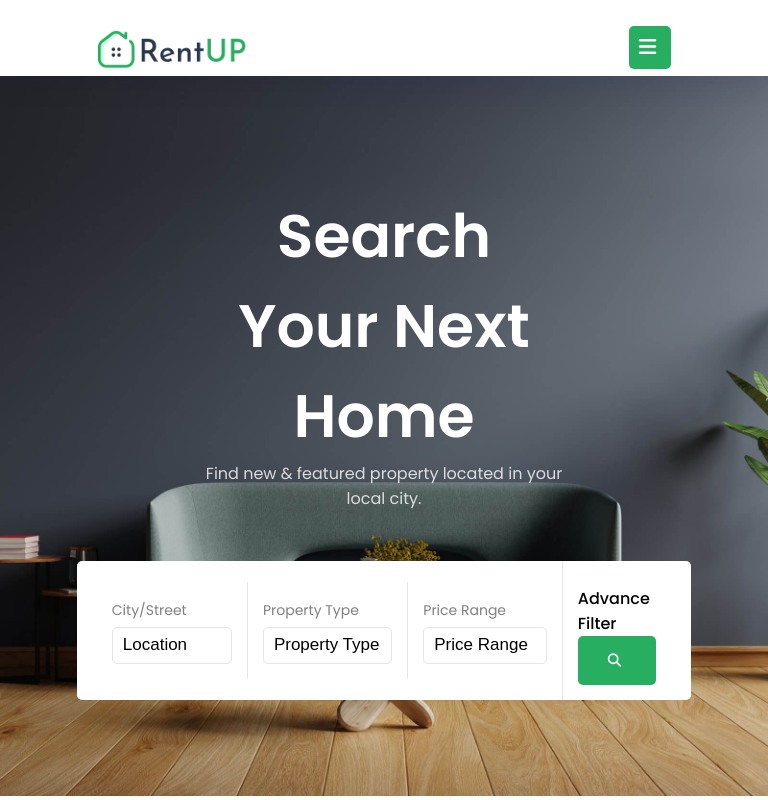
Repository: SahanChathura0730/EstateApp
Page: /
The author's editor kept a copy of each file at every save. The page is drawn from the files as they stood at one save, then again after the next save.
The browser window is 768 px wide. The pictures show the whole page.
The project was rebuilt for these pictures with package versions that can differ from the ones it lists, and the page was loaded fresh each time. Also part of the build but not shown: vite.config.js, src/component/data/Data.jsx, src/index.css.

Above is the page before, as saved 2024-08-26 11:40:43.

### index.html
<!doctype html>
<html lang="en">
  <head>
    <meta charset="UTF-8" />
    <link rel="icon" type="image/svg+xml" href="/vite.svg" />
    <meta name="viewport" content="width=device-width, initial-scale=1.0" />
    <link href="https://fonts.googleapis.com/css2?family=Poppins:wght@200;300;400;500;600;700;800;900&display=swap" rel="stylesheet">
    <link
    rel="stylesheet"
    href="https://cdnjs.cloudflare.com/ajax/libs/font-awesome/6.0.0-beta3/css/all.min.css"
    integrity="sha512-M6G8XtT3Zh0U9LMkzPpIcF5wkl6F+nvP88kX+y6fV9q0+tuJ+Y7xyzydVZwD8Pt0mPbR2qgMyGUnZnyY3pIh7g=="
    crossorigin="anonymous"
    referrerpolicy="no-referrer"
  />
    <title>Vite + React</title>
  </head>
  <body>
    <div id="root"></div>
    <script type="module" src="/src/main.jsx"></script>
  </body>
</html>

### src/App.jsx
import React from 'react';
import './App.css';
import Pages from './component/pages/Pages';
import '@fortawesome/fontawesome-free/css/all.min.css';


function App() {
  return (
    <>
      <Pages />
    </>
  );
}

export default App;

### src/App.css
@import url("https://fonts.googleapis.com/css2?family=Poppins:wght@200;300;400;500;600;700;800;900&display=swap");

* {
  padding: 0;
  margin: 0;
  box-sizing: border-box;
}

body {
  font-family: "Poppins", sans-serif;
  background-color: #fff;
}
.container {
  max-width: 80%;
  margin: auto;
}
.flex {
  display: flex;
  justify-content: space-between;
  align-items: center;
}
a {
  text-decoration: none;
  color: #000;
  text-transform: capitalize;
}
ul {
  list-style-type: none;
}
button {
  border-radius: 5px;
  padding: 17px 30px;
  background: #27ae60;
  border: none;
  color: #fff;
  cursor: pointer;
  font-weight: bold;
}
button i {
  margin-right: 5px;
}
.heading {
  text-align: center;
  width: 60%;
  margin: auto;
}
.heading h1 {
  color: #2d3954;
  font-weight: 600;
  text-transform: capitalize;
  font-size: 35px;
}
.heading p {
  color: #72809d;
}
textarea,
input {
  border: none;
  outline: none;
  background: none;
}
.background {
  padding: 80px 0;
  position: relative;
  background: #f7f9fc;
}

.grid5 {
  display: grid;
  grid-template-columns: repeat(5, 1fr);
  grid-gap: 30px;
}
label {
  color: #2d3954;
  font-size: 14px;
}

.mtop {
  margin-top: 50px;
}
h4 {
  font-weight: 500;
  margin-top: 10px;
}
.shadow {
  box-shadow: 0 0 20px 0 rgb(112 121 138 / 18%);
}
.padding {
  padding: 80px 0;
}
.grid3 {
  display: grid;
  grid-template-columns: repeat(3, 1fr);
  grid-gap: 30px;
}
img {
  width: 100%;
  height: 100%;
  cursor: pointer;
}

.btn2 {
  border-radius: 50px;
  font-size: 20px;
}
.grid4 {
  display: grid;
  grid-template-columns: repeat(4, 1fr);
  grid-gap: 30px;
}
.btn3 {
  background: #ff6922;
  border-radius: 50px;
}
.btn4 {
  background-color: #000;
  color: #fff;
}
.btn5 {
  border-radius: 50px;
  padding: 20px 40px;
  color: #27ae60;
  font-size: 20px;
  font-weight: 400;
  border: 5px solid #27ae601f;
  background: #fff;
}

### src/component/pages/Pages.jsx
import React from "react"
import Header from "../common/Header/Header.jsx";
import { BrowserRouter as Router, Route, Routes } from "react-router-dom"
import '@fortawesome/fontawesome-free/css/all.min.css';
import Home from "../home/Home";


const Pages = () => {
  return (
    <>
      <Router>
        <Header />
        <Routes>
          <Route path='/' element={<Home />} />
        </Routes>

      </Router>
    </>
  )
}

export default Pages

### src/Component/Common/Header/Header.jsx
import React, { useState } from "react"
import "./header.css"
import { nav } from "../../data/Data"
import { Link } from "react-router-dom"
import  '@fortawesome/fontawesome-free/css/all.min.css';


const Header = () => {
  const [navList, setNavList] = useState(false)

  return (
    <>
      <header>
        <div className='container flex'>
          <div className='logo'>
            <img src='./images/logo.png' alt='' />
          </div>
          <div className='nav'>
            <ul className={navList ? "small" : "flex"}>
              {nav.map((list, index) => (
                <li key={index}>
                  <Link to={list.path}>{list.text}</Link>
                </li>
              ))}
            </ul>
          </div>
          <div className='button flex'>
            <h4>
              <span>2</span> My List
            </h4>
            <button className='btn1'>
              <i className='fa fa-sign-out'></i> Sign In
            </button>
          </div>

          <div className='toggle'>
          <button onClick={() => setNavList(!navList)}>
            {navList ? (
                  <i className='fa-solid fa-xmark'></i> // For close icon
               ) : (
                  <i className='fa-solid fa-bars'></i> // For menu icon
               )}
            </button>
          </div>
        </div>
      </header>
    </>
  )
}

export default Header

### src/component/home/Home.jsx
import React from 'react'
import Hero from './hero/Hero'

const Home = () => {
  return (
    <div>
      <Hero/>
    </div>
  )
}

export default Home

### src/component/common/header/Header.css
header {
   background-color: #fff;
   height: auto; /* Adjusted to fit content */
   box-shadow: 0 5px 30px rgb(0 22 84 / 10%);
   padding: 15px 0;
   position: sticky;
   top: 0;
   z-index: 99999;
   display: flex; /* Use flexbox layout */
   flex-direction: row; /* Align items horizontally */
   align-items: center; /* Center items vertically */
 }

 header .container {
   display: flex;
   justify-content: space-between; /* Push items to the left and right sides */
   align-items: center; /* Center items vertically */
   width: 100%;
   padding: 0 20px; /* Optional: Add padding to container */
 }

 header .logo {
   flex: 1; /* Allow the logo to take available space */
 }

 header .logo img {
   width: 150px; /* Adjusted for better fit */
   margin-bottom: 0; /* Remove space below the logo */
 }

 header .nav {
   margin: 0; /* Remove default margin */
 }

 header .nav ul {
   display: flex;
   flex-direction: row; /* Stack nav items horizontally */
   list-style: none; /* Remove default list styling */
   padding: 0; /* Remove default padding */
 }

 header .nav ul li {
   margin: 0 10px; /* Adjust spacing as needed */
 }

 header .nav ul li a {
   text-decoration: none; /* Remove default underline */
   color: #333; /* Default text color */
   font-size: 16px; /* Adjust font size */
   transition: color 0.3s ease; /* Smooth color transition */
 }

 header .nav ul li a:hover {
   color: #27ae60; /* Color on hover */
 }

 header .button {
   display: flex;
   align-items: center; /* Center align text */
   margin: 0 20px; /* Add space around button */
 }

 header .button h4 {
   margin: 10px;
   font-size: 18px; /* Adjust font size */
   font-weight: 600; /* Adjust font weight */
 }

 header .button span {
   background: #27ae60;
   border-radius: 50px;
   color: #fff;
   padding: 0 6px;
   font-weight: 400;
 }

 header .button .btn1 {
   background: #27ae60;
   color: #fff;
   border: none;
   padding: 10px 20px;
   border-radius: 5px;
   cursor: pointer;
   font-size: 16px;
   transition: background-color 0.3s ease;
 }

 header .button .btn1:hover {
   background-color: #219150; /* Darker color on hover */
 }

 header .toggle {
   display: none; /* Initially hidden */
 }

 header .toggle button {
   background: #27ae60;
   color: #fff;
   border: none;
   padding: 10px;
   border-radius: 5px;
   cursor: pointer;
   font-size: 20px;
 }

 header .toggle button i {
   margin-right: 5px; /* Space between icon and text */
 }

 @media screen and (max-width: 768px) {
   header {
     padding: 0;
   }
   header img {
     margin-top: 30px;
   }
   header .button {
     display: none;
   }
   header .nav .flex {
     display: none;
   }
   header .toggle {
     display: block;
     margin-top: 20px;
   }
   header .small {
     position: absolute;
     top: 10vh;
     left: 0;
     width: 100%;
     background-color: #27ae60;
     padding: 20px;
   }
   header li a {
     display: inline-block;
     margin-bottom: 20px;
     color: #fff;
   }
 }

### src/component/home/hero/Hero.jsx
import React from 'react'
import './Hero.css'
import  '@fortawesome/fontawesome-free/css/all.min.css';
import Heading from '../../common/Heading';


const Hero = () => {
  return (
    <div>
      <section className="hero">
        <div className="container">
        <Heading title='Search Your Next Home ' subtitle='Find new & featured property located in your local city.' />
          <form action="" className="flex">
            <div className="box">
              <span>
                City/Street
              </span>
              <input type='text' placeholder='Location'/>
            </div>
            <div className="box">
              <span>
                Property Type
              </span>
              <input type='text' placeholder='Property Type'/>
            </div>
            <div className="box">
              <span>
                Price Range
              </span>
              <input type='text' placeholder='Price Range'/>
            </div>
            <div className="box">
              <h4>
                Advance Filter
              </h4>
              <button className='btn'>
                <i className='fa fa-search'></i>
              </button>
            </div>
          </form>
        </div>
      </section>
    </div>
  )
}

export default Hero

### src/component/home/hero/Hero.css
.hero {
   background-image: url("../../../../public/images/banner.png");
   background-repeat: no-repeat;
   background-position: center;
   background-size: cover;
   height: 90vh;
   width: 100%;
 }
 .hero .container {
   padding-top: 15%;
 }
 .hero h1 {
   color: #fff;
   font-size: 60px;
 }
 .hero p {
   color: #fff;
   opacity: 0.8;
 }
 form {
   background-color: #fff;
   border-radius: 5px;
   margin-top: 50px;
   padding: 0 20px;
 }
 form input {
   padding: 10px;
   width: 100%;
   border: 1px solid rgba(128, 128, 128, 0.2);
   margin-top: 5px;
   border-radius: 5px;
 }
 form span {
   font-size: 14px;
   color: grey;
 }
 input::placeholder {
   font-size: 17px;
   color: black;
 }
 form .box {
   padding: 15px;
   border-left: 1px solid rgba(128, 128, 128, 0.2);
 }
 form .box:nth-child(1) {
   border-left: none;
 }
 form h4 {
   font-weight: 500;
 }

Loaded but not shown: src/main.jsx (common file); src/component/common/Heading.jsx (common file)

After the next save:
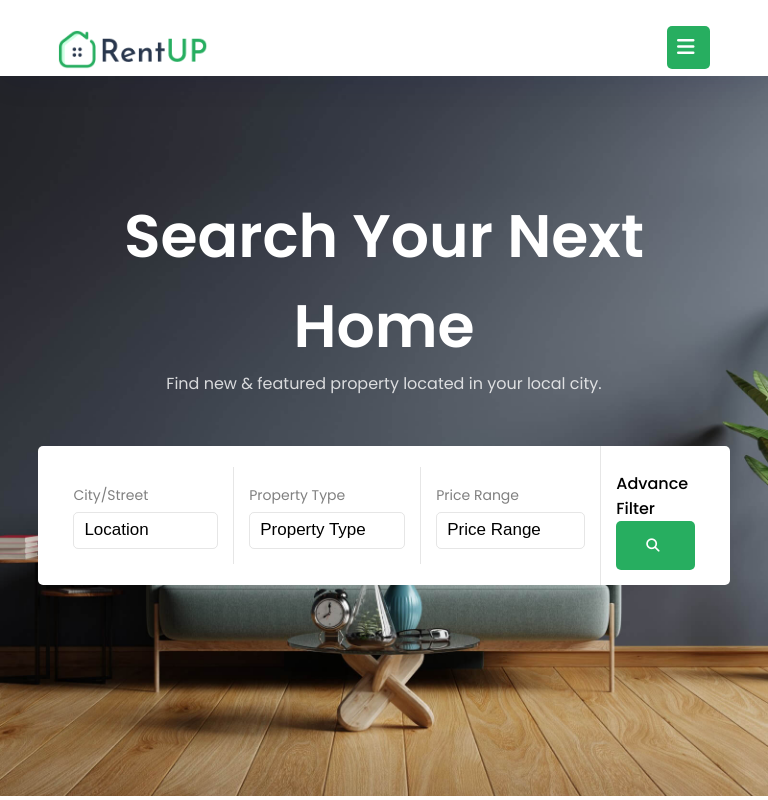
Saved 3 min 54 s later.
--- a/src/App.css
+++ b/src/App.css
@@ -125,3 +125,54 @@
   border: 5px solid #27ae601f;
   background: #fff;
 }
+.back {
+  height: 40vh;
+  position: relative;
+}
+.back img {
+  height: 40vh;
+  position: absolute;
+  top: 0;
+  left: 0;
+  z-index: -1;
+  object-fit: cover;
+}
+.back::after {
+  content: "";
+  position: absolute;
+  top: 0;
+  left: 0;
+  width: 100%;
+  height: 40vh;
+  background: rgba(17, 40, 72, 0.629);
+  z-index: -1;
+}
+.back .container {
+  color: #fff;
+  padding: 120px 0;
+}
+.back h1 {
+  font-size: 40px;
+  font-weight: 500;
+}
+.mb {
+  margin-bottom: 80px;
+}
+@media screen and (max-width: 800px) {
+  .grid4,
+  .grid3,
+  .grid5 {
+    grid-template-columns: repeat(2, 1fr);
+  }
+  .heading {
+    width: 100%;
+  }
+  .container {
+    max-width: 90%;
+  }
+  .back::after,
+  .back img,
+  .back {
+    height: 30vh;
+  }
+}
